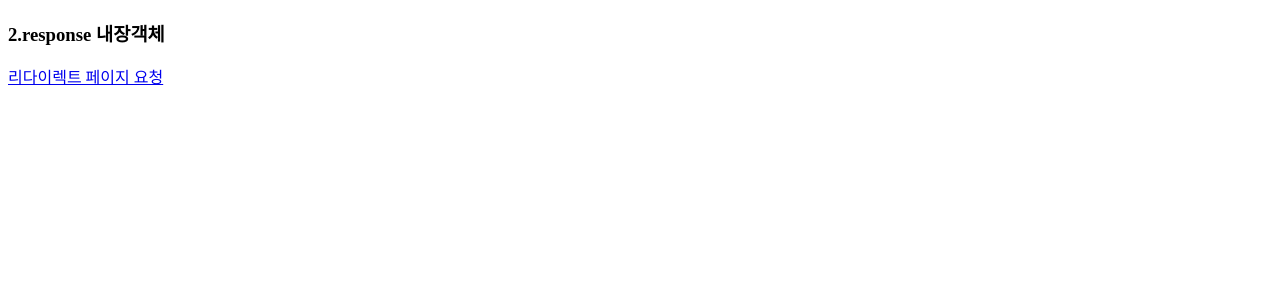
Repository: Jinwoooooooo/GCA_JSP
Page: http://localhost/ch03/2.response.jsp
These files come from the project's save history. The page is drawn as it stood at one moment and after a run of saves; the edit follows.
The browser window is 1280 px wide. The pictures show the whole page.
The page is served by Tomcat 9.

Above is the page before, as saved 2025-02-04 01:33:25.

### ch03/src/main/webapp/2.response.jsp
<%@ page language="java" contentType="text/html; charset=UTF-8"
    pageEncoding="UTF-8"%>
<!DOCTYPE html>
<html>
<head>
<meta charset="UTF-8">
<title>2.response</title>

<!--
	날짜 : 2025/02/04
	이름 : 정진우
	내용 : JSP 내장객체 request 실습하기
-->

</head>
<body>
	<h3>2.response 내장객체</h3>

	<a href="./proc/redirect1.jsp">리다이렉트 페이지 요청</a>
</body>
</html>

After the next 2 saves:
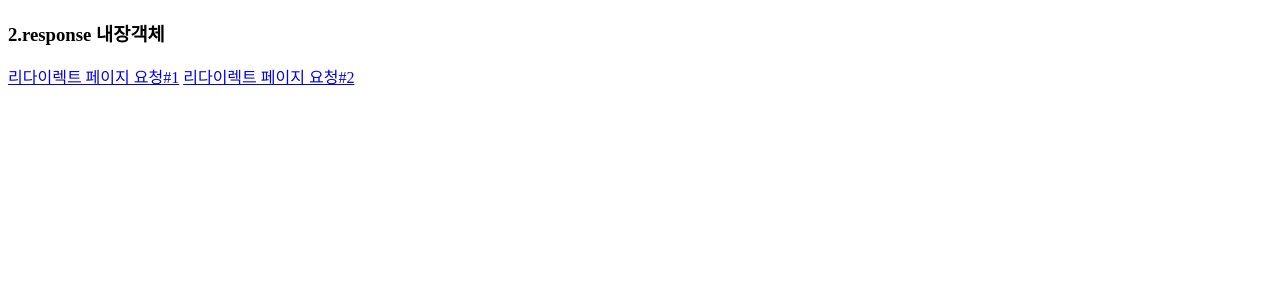
The 2 saves are shown as one change because they came seconds apart.
The last was saved 14 s later.
--- a/ch03/src/main/webapp/2.response.jsp
+++ b/ch03/src/main/webapp/2.response.jsp
@@ -16,6 +16,7 @@
 <body>
 	<h3>2.response 내장객체</h3>
 
-	<a href="./proc/redirect1.jsp">리다이렉트 페이지 요청</a>
+	<a href="./proc/redirect1.jsp">리다이렉트 페이지 요청#1</a>
+	<a href="./proc/redirect2.jsp">리다이렉트 페이지 요청#2</a>
 </body>
 </html>
